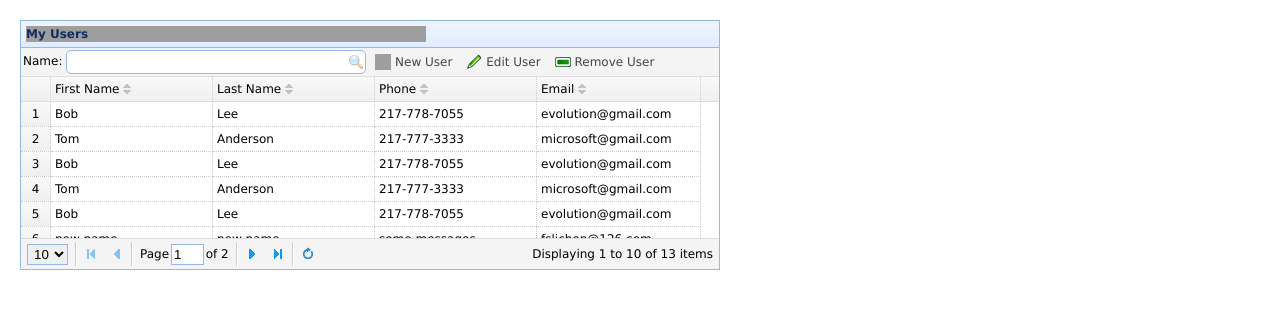
Repository: fslichen/EasyUI_Project_Management
Page: EasyUI_Project_Management/src/main/resources/static/evolution.html
The author's editor kept a copy of each file at every save. The page is drawn from the files as they stood at one save, then again after the next save.
The browser window is 1280 px wide. The pictures show the whole page.
Pictures or frames that could not be fetched are drawn as grey boxes. The page's requests for data from a server got no answer.

Above is the page before, as saved 2017-06-25 14:10:58.

### EasyUI_Project_Management/src/main/resources/static/evolution.html
<!DOCTYPE html>
<html>
<head>
<meta charset="UTF-8">
<title>Basic CRUD Application - jQuery EasyUI CRUD Demo</title>
<link rel="stylesheet" type="text/css" href="themes/default/easyui.css">
<link rel="stylesheet" type="text/css" href="themes/icon.css">
<link rel="stylesheet" type="text/css" href="themes/color.css">
<link rel="stylesheet" type="text/css" href="demo/demo.css">
<script type="text/javascript" src="jquery.min.js"></script>
<script type="text/javascript" src="jquery.easyui.min.js"></script>
<script type="text/javascript">
function post(url, request) {
	$.ajax({
	    url: url,
	    type: 'POST',
	    data: JSON.stringify(request),
	    contentType: 'application/json; charset=utf-8',
	    dataType: 'json',
	    async: true,
	    success: function(response) {
	        alert(JSON.stringify(response));
	    }
	});
}
function columns(tableId) {
	var ths = $('#' + tableId + 'th');
	var columns = new Array();
	$('th').each(function(index) {
		columns.push($(this).text());
	});
	return columns;
}

function addRow(tableId) {
	$('#' + tableId).datagrid('appendRow', {
		firstname: 'new name',
		lastname: 'new name',
		phone : 'some messages',
		email : 'fslichen@126.com'
	});
}
$(document).ready(function() {
	var request = {name : 'Chen'};
	post('post', request);
	columns('dg');
	for (var i = 0; i < 8; i++) {
		addRow('dg');
	}
});
</script>
</head>
<body>
	<div id="toolbar">
		Name: <input class="easyui-textbox" data-options="iconCls:'icon-search'" style="width:300px">
		<a href="javascript:void(0)" class="easyui-linkbutton" iconCls="icon-add" plain="true" onclick="newUser()">New User</a>
		<a href="javascript:void(0)" class="easyui-linkbutton" iconCls="icon-edit" plain="true" onclick="editUser()">Edit User</a>
		<a href="javascript:void(0)" class="easyui-linkbutton" iconCls="icon-remove" plain="true" onclick="destroyUser()">Remove User</a>
	</div>
	<table id="dg" title="My Users" class="easyui-datagrid" style="width:700px;height:250px"
			url="get_users.php"
			toolbar="#toolbar" pagination="true"
			rownumbers="true" fitColumns="true" singleSelect="true">
		<thead>
			<tr>
				<th field="firstname" width="50" sortable="true">First Name</th>
				<th field="lastname" width="50" sortable="true">Last Name</th>
				<th field="phone" width="50" sortable="true">Phone</th>
				<th field="email" width="50" sortable="true">Email</th>
			</tr>
		</thead>
		<tbody>
			<tr>
				<td>Bob</td>
				<td>Lee</td>
				<td>217-778-7055</td>
				<td>evolution@gmail.com</td>
			</tr>
			<tr>
				<td>Tom</td>
				<td>Anderson</td>
				<td>217-777-3333</td>
				<td>microsoft@gmail.com</td>
			</tr>
			<tr>
				<td>Bob</td>
				<td>Lee</td>
				<td>217-778-7055</td>
				<td>evolution@gmail.com</td>
			</tr>
			<tr>
				<td>Tom</td>
				<td>Anderson</td>
				<td>217-777-3333</td>
				<td>microsoft@gmail.com</td>
			</tr>
			<tr>
				<td>Bob</td>
				<td>Lee</td>
				<td>217-778-7055</td>
				<td>evolution@gmail.com</td>
			</tr>
		</tbody>
	</table>


	<div id="dlg" class="easyui-dialog" style="width:400px;height:280px;padding:10px 20px"
			closed="true" buttons="#dlg-buttons">
		<div class="ftitle">User Information</div>
		<form id="fm" method="post" novalidate>
			<div class="fitem">
				<label>First Name:</label>
				<input name="firstname" class="easyui-textbox" required="true">
			</div>
			<div class="fitem">
				<label>Last Name:</label>
				<input name="lastname" class="easyui-textbox" required="true">
			</div>
			<div class="fitem">
				<label>Phone:</label>
				<input name="phone" class="easyui-textbox">
			</div>
			<div class="fitem">
				<label>Email:</label>
				<input name="email" class="easyui-textbox" validType="email">
			</div>
		</form>
	</div>
	<div id="dlg-buttons">
		<a href="javascript:void(0)" class="easyui-linkbutton c6" iconCls="icon-ok" onclick="saveUser()" style="width:90px">Save</a>
		<a href="javascript:void(0)" class="easyui-linkbutton" iconCls="icon-cancel" onclick="javascript:$('#dlg').dialog('close')" style="width:90px">Cancel</a>
	</div>
	<script type="text/javascript">
		var url;
		function newUser(){
			$('#dlg').dialog('open').dialog('setTitle','New User');
			$('#fm').form('clear');
			url = 'save_user.php';
		}
		function editUser(){
			var row = $('#dg').datagrid('getSelected');
			if (row){
				$('#dlg').dialog('open').dialog('setTitle','Edit User');
				$('#fm').form('load',row);
				url = 'update_user.php?id='+row.id;
			}
		}
		function saveUser(){
			$('#fm').form('submit',{
				url: url,
				onSubmit: function(){
					return $(this).form('validate');
				},
				success: function(result){
					var result = eval('('+result+')');
					if (result.errorMsg){
						$.messager.show({
							title: 'Error',
							msg: result.errorMsg
						});
					} else {
						$('#dlg').dialog('close');		// close the dialog
						$('#dg').datagrid('reload');	// reload the user data
					}
				}
			});
		}
		function destroyUser(){
			var row = $('#dg').datagrid('getSelected');
			if (row){
				$.messager.confirm('Confirm','Are you sure you want to destroy this user?',function(r){
					if (r){
						$.post('destroy_user.php',{id:row.id},function(result){
							if (result.success){
								$('#dg').datagrid('reload');	// reload the user data
							} else {
								$.messager.show({	// show error message
									title: 'Error',
									msg: result.errorMsg
								});
							}
						},'json');
					}
				});
			}
		}
	</script>
	<style type="text/css">
		#fm{
			margin:0;
			padding:10px 30px;
		}
		.ftitle{
			font-size:14px;
			font-weight:bold;
			padding:5px 0;
			margin-bottom:10px;
			border-bottom:1px solid #ccc;
		}
		.fitem{
			margin-bottom:5px;
		}
		.fitem label{
			display:inline-block;
			width:80px;
		}
		.fitem input{
			width:160px;
		}
	</style>
</body>
</html>

### EasyUI_Project_Management/src/main/resources/static/themes/icon.css
.icon-blank{
	background:url('icons/blank.gif') no-repeat center center;
}
.icon-add{
	background:url('icons/edit_add.png') no-repeat center center;
}
.icon-edit{
	background:url('icons/pencil.png') no-repeat center center;
}
.icon-clear{
	background:url('icons/clear.png') no-repeat center center;
}
.icon-remove{
	background:url('icons/edit_remove.png') no-repeat center center;
}
.icon-save{
	background:url('icons/filesave.png') no-repeat center center;
}
.icon-cut{
	background:url('icons/cut.png') no-repeat center center;
}
.icon-ok{
	background:url('icons/ok.png') no-repeat center center;
}
.icon-no{
	background:url('icons/no.png') no-repeat center center;
}
.icon-cancel{
	background:url('icons/cancel.png') no-repeat center center;
}
.icon-reload{
	background:url('icons/reload.png') no-repeat center center;
}
.icon-search{
	background:url('icons/search.png') no-repeat center center;
}
.icon-print{
	background:url('icons/print.png') no-repeat center center;
}
.icon-help{
	background:url('icons/help.png') no-repeat center center;
}
.icon-undo{
	background:url('icons/undo.png') no-repeat center center;
}
.icon-redo{
	background:url('icons/redo.png') no-repeat center center;
}
.icon-back{
	background:url('icons/back.png') no-repeat center center;
}
.icon-sum{
	background:url('icons/sum.png') no-repeat center center;
}
.icon-tip{
	background:url('icons/tip.png') no-repeat center center;
}
.icon-filter{
	background:url('icons/filter.png') no-repeat center center;
}
.icon-man{
	background:url('icons/man.png') no-repeat center center;
}
.icon-lock{
	background:url('icons/lock.png') no-repeat center center;
}
.icon-more{
	background:url('icons/more.png') no-repeat center center;
}


.icon-mini-add{
	background:url('icons/mini_add.png') no-repeat center center;
}
.icon-mini-edit{
	background:url('icons/mini_edit.png') no-repeat center center;
}
.icon-mini-refresh{
	background:url('icons/mini_refresh.png') no-repeat center center;
}

.icon-large-picture{
	background:url('icons/large_picture.png') no-repeat center center;
}
.icon-large-clipart{
	background:url('icons/large_clipart.png') no-repeat center center;
}
.icon-large-shapes{
	background:url('icons/large_shapes.png') no-repeat center center;
}
.icon-large-smartart{
	background:url('icons/large_smartart.png') no-repeat center center;
}
.icon-large-chart{
	background:url('icons/large_chart.png') no-repeat center center;
}

### EasyUI_Project_Management/src/main/resources/static/themes/color.css
.c1,.c1:hover,.c1>.panel-header{
	color: #fff;
	border-color: #3c8b3c;
	background: #4cae4c;
	background: -webkit-linear-gradient(top,#4cae4c 0,#449d44 100%);
	background: -moz-linear-gradient(top,#4cae4c 0,#449d44 100%);
	background: -o-linear-gradient(top,#4cae4c 0,#449d44 100%);
	background: linear-gradient(to bottom,#4cae4c 0,#449d44 100%);
	filter: progid:DXImageTransform.Microsoft.gradient(startColorstr=#4cae4c,endColorstr=#449d44,GradientType=0);
}
a.c1:hover{
	background: #449d44;
	filter: none;
}
.c1>.panel-body{
	border-color: #3c8b3c;
}
.c1>.dialog-toolbar,.c1>.dialog-button{
	border-left-color: #3c8b3c;
	border-right-color: #3c8b3c;
}
.c1>.dialog-button{
	border-bottom-color: #3c8b3c;
}
.c2,.c2:hover,.c2>.panel-header{
	color: #fff;
	border-color: #5f5f5f;
	background: #747474;
	background: -webkit-linear-gradient(top,#747474 0,#676767 100%);
	background: -moz-linear-gradient(top,#747474 0,#676767 100%);
	background: -o-linear-gradient(top,#747474 0,#676767 100%);
	background: linear-gradient(to bottom,#747474 0,#676767 100%);
	filter: progid:DXImageTransform.Microsoft.gradient(startColorstr=#747474,endColorstr=#676767,GradientType=0);
}
a.c2:hover{
	background: #676767;
	filter: none;
}
.c2>.panel-body{
	border-color: #5f5f5f;
}
.c2>.dialog-toolbar,.c2>.dialog-button{
	border-left-color: #5f5f5f;
	border-right-color: #5f5f5f;
}
.c2>.dialog-button{
	border-bottom-color: #5f5f5f;
}
.c3,.c3:hover,.c3>.panel-header{
	color: #333;
	border-color: #ff8080;
	background: #ffb3b3;
	background: -webkit-linear-gradient(top,#ffb3b3 0,#ff9999 100%);
	background: -moz-linear-gradient(top,#ffb3b3 0,#ff9999 100%);
	background: -o-linear-gradient(top,#ffb3b3 0,#ff9999 100%);
	background: linear-gradient(to bottom,#ffb3b3 0,#ff9999 100%);
	filter: progid:DXImageTransform.Microsoft.gradient(startColorstr=#ffb3b3,endColorstr=#ff9999,GradientType=0);
}
a.c3:hover{
	background: #ff9999;
	filter: none;
}
.c3>.panel-body{
	border-color: #ff8080;
}
.c3>.dialog-toolbar,.c3>.dialog-button{
	border-left-color: #ff8080;
	border-right-color: #ff8080;
}
.c3>.dialog-button{
	border-bottom-color: #ff8080;
}
.c4,.c4:hover,.c4>.panel-header{
	color: #333;
	border-color: #52d689;
	background: #b8eecf;
	background: -webkit-linear-gradient(top,#b8eecf 0,#a4e9c1 100%);
	background: -moz-linear-gradient(top,#b8eecf 0,#a4e9c1 100%);
	background: -o-linear-gradient(top,#b8eecf 0,#a4e9c1 100%);
	background: linear-gradient(to bottom,#b8eecf 0,#a4e9c1 100%);
	filter: progid:DXImageTransform.Microsoft.gradient(startColorstr=#b8eecf,endColorstr=#a4e9c1,GradientType=0);
}
a.c4:hover{
	background: #a4e9c1;
	filter: none;
}
.c4>.panel-body{
	border-color: #52d689;
}
.c4>.dialog-toolbar,.c4>.dialog-button{
	border-left-color: #52d689;
	border-right-color: #52d689;
}
.c4>.dialog-button{
	border-bottom-color: #52d689;
}
.c5,.c5:hover,.c5>.panel-header{
	color: #fff;
	border-color: #b52b27;
	background: #d84f4b;
	background: -webkit-linear-gradient(top,#d84f4b 0,#c9302c 100%);
	background: -moz-linear-gradient(top,#d84f4b 0,#c9302c 100%);
	background: -o-linear-gradient(top,#d84f4b 0,#c9302c 100%);
	background: linear-gradient(to bottom,#d84f4b 0,#c9302c 100%);
	filter: progid:DXImageTransform.Microsoft.gradient(startColorstr=#d84f4b,endColorstr=#c9302c,GradientType=0);
}
a.c5:hover{
	background: #c9302c;
	filter: none;
}
.c5>.panel-body{
	border-color: #b52b27;
}
.c5>.dialog-toolbar,.c5>.dialog-button{
	border-left-color: #b52b27;
	border-right-color: #b52b27;
}
.c5>.dialog-button{
	border-bottom-color: #b52b27;
}
.c6,.c6:hover,.c6>.panel-header{
	color: #fff;
	border-color: #1f637b;
	background: #2984a4;
	background: -webkit-linear-gradient(top,#2984a4 0,#24748f 100%);
	background: -moz-linear-gradient(top,#2984a4 0,#24748f 100%);
	background: -o-linear-gradient(top,#2984a4 0,#24748f 100%);
	background: linear-gradient(to bottom,#2984a4 0,#24748f 100%);
	filter: progid:DXImageTransform.Microsoft.gradient(startColorstr=#2984a4,endColorstr=#24748f,GradientType=0);
}
a.c6:hover{
	background: #24748f;
	filter: none;
}
.c6>.panel-body{
	border-color: #1f637b;
}
.c6>.dialog-toolbar,.c6>.dialog-button{
	border-left-color: #1f637b;
	border-right-color: #1f637b;
}
.c6>.dialog-button{
	border-bottom-color: #1f637b;
}
.c7,.c7:hover,.c7>.panel-header{
	color: #333;
	border-color: #e68900;
	background: #ffab2e;
	background: -webkit-linear-gradient(top,#ffab2e 0,#ff9900 100%);
	background: -moz-linear-gradient(top,#ffab2e 0,#ff9900 100%);
	background: -o-linear-gradient(top,#ffab2e 0,#ff9900 100%);
	background: linear-gradient(to bottom,#ffab2e 0,#ff9900 100%);
	filter: progid:DXImageTransform.Microsoft.gradient(startColorstr=#ffab2e,endColorstr=#ff9900,GradientType=0);
}
a.c7:hover{
	background: #ff9900;
	filter: none;
}
.c7>.panel-body{
	border-color: #e68900;
}
.c7>.dialog-toolbar,.c7>.dialog-button{
	border-left-color: #e68900;
	border-right-color: #e68900;
}
.c7>.dialog-button{
	border-bottom-color: #e68900;
}
.c8,.c8:hover,.c8>.panel-header{
	color: #fff;
	border-color: #4b72a4;
	background: #698cba;
	background: -webkit-linear-gradient(top,#698cba 0,#577eb2 100%);
	background: -moz-linear-gradient(top,#698cba 0,#577eb2 100%);
	background: -o-linear-gradient(top,#698cba 0,#577eb2 100%);
	background: linear-gradient(to bottom,#698cba 0,#577eb2 100%);
	filter: progid:DXImageTransform.Microsoft.gradient(startColorstr=#698cba,endColorstr=#577eb2,GradientType=0);
}
a.c8:hover{
	background: #577eb2;
	filter: none;
}
.c8>.panel-body{
	border-color: #4b72a4;
}
.c8>.dialog-toolbar,.c8>.dialog-button{
	border-left-color: #4b72a4;
	border-right-color: #4b72a4;
}
.c8>.dialog-button{
	border-bottom-color: #4b72a4;
}
.c1>.panel-header>.panel-title,.c2>.panel-header>.panel-title,
.c5>.panel-header>.panel-title,.c6>.panel-header>.panel-title,.c8>.panel-header>.panel-title{
	color: #fff;
}
.c-plain{
	border-color: #fff;
	background: #fff;
}
.c-plain>.panel-header,
.c-plain>.panel-body,
.c-plain>.dialog-button,
.c-plain>.dialog-toolbar{
	border-color: transparent;
	background: transparent;
}
.c-raised{
	box-shadow: 0 2px 5px 0 rgba(0, 0, 0, 0.16), 0 2px 10px 0 rgba(0, 0, 0, 0.12);
}

Loaded but not shown: EasyUI_Project_Management/src/main/resources/static/demo/demo.css (common file); EasyUI_Project_Management/src/main/resources/static/jquery.min.js (library); EasyUI_Project_Management/src/main/resources/static/jquery.easyui.min.js (library); EasyUI_Project_Management/src/main/resources/static/themes/default/easyui.css (3220 lines, source omitted)

After the next save:
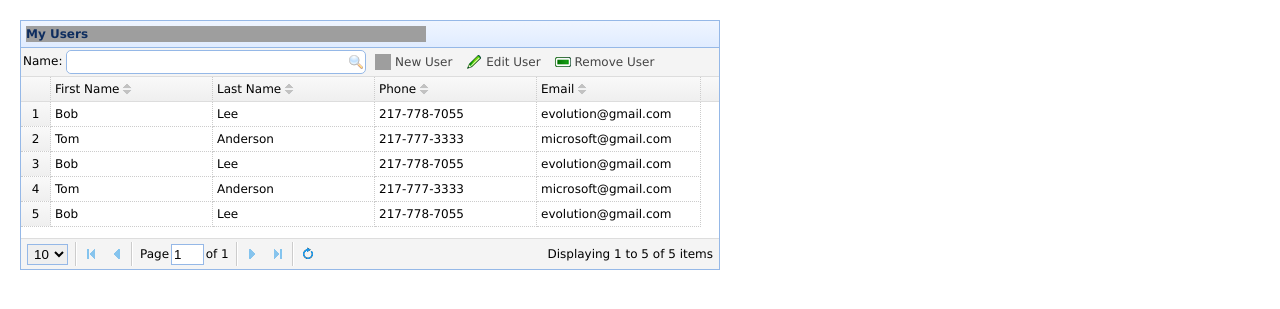
Console error: TypeError: columns is not a function
Saved 55 s later.
--- a/EasyUI_Project_Management/src/main/resources/static/evolution.html
+++ b/EasyUI_Project_Management/src/main/resources/static/evolution.html
@@ -43,7 +43,10 @@
 $(document).ready(function() {
 	var request = {name : 'Chen'};
 	post('post', request);
-	columns('dg');
+	var columns = columns('dg');
+	for (i in columns) {
+		console.info(columns[i]);
+	}
 	for (var i = 0; i < 8; i++) {
 		addRow('dg');
 	}

After the 2 saves that followed:
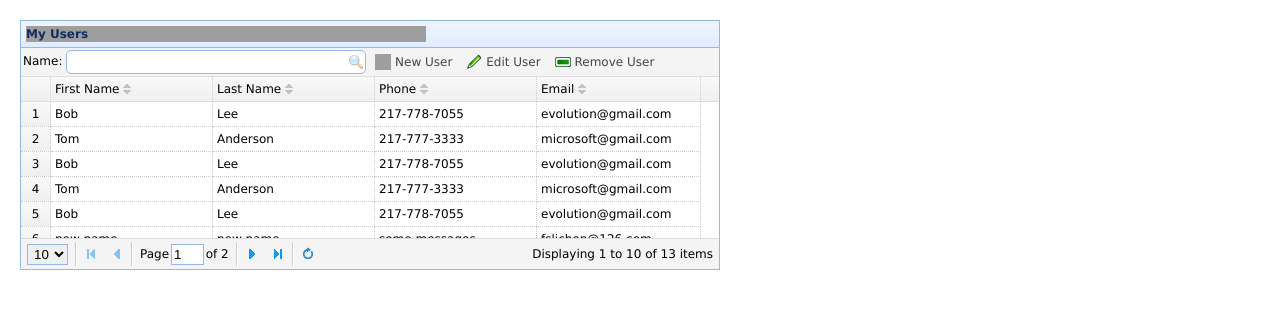
The error is gone.
The 2 saves are shown as one change because 1 left the picture as it was.
The last was saved 21 s later.
--- a/EasyUI_Project_Management/src/main/resources/static/evolution.html
+++ b/EasyUI_Project_Management/src/main/resources/static/evolution.html
@@ -23,7 +23,7 @@
 	    }
 	});
 }
-function columns(tableId) {
+function getColumns(tableId) {
 	var ths = $('#' + tableId + 'th');
 	var columns = new Array();
 	$('th').each(function(index) {
@@ -43,7 +43,7 @@
 $(document).ready(function() {
 	var request = {name : 'Chen'};
 	post('post', request);
-	var columns = columns('dg');
+	var columns = getColumns('dg');
 	for (i in columns) {
 		console.info(columns[i]);
 	}
